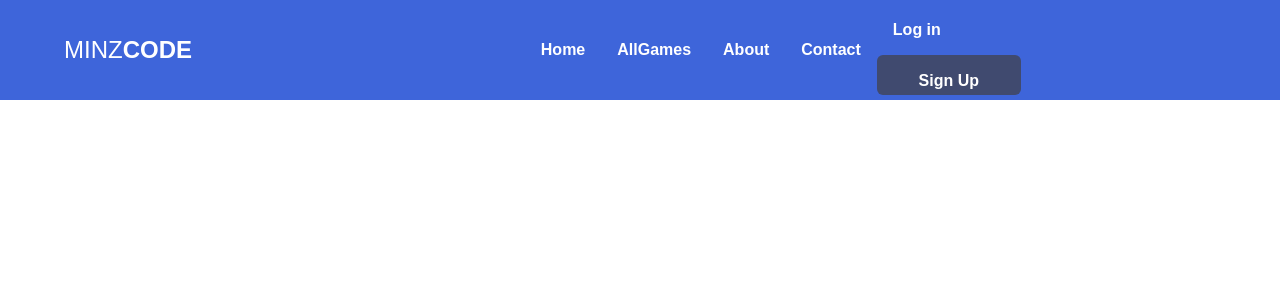
Repository: Fariaddd/New-CA-
Page: index.html
These files come from the project's save history. The page is drawn as it stood at one moment and after the next save; the edit follows.
The browser window is 1280 px wide. The pictures show the whole page.

Above is the page before, as saved 2021-11-14 03:01:49.

### index.html
<!DOCTYPE html>
<html lang="en">
  <head>
    <meta charset="UTF-8" />
    <meta http-equiv="X-UA-Compatible" content="IE=edge" />
    <meta name="viewport" content="width=device-width, initial-scale=1.0" />
    <title>Homepage</title>
    <link rel="stylesheet" href="./css/styles.css" />
  </head>
  <body>
    <header>
    </div>
      <nav>
        <input id="nav-toggle" type="checkbox" />
        <div class="logo">MINZ<strong>CODE</strong></div>
        <ul class="links">
          <li><a href="index.html">Home</a></li>
          <li><a href="allgames.html">AllGames</a></li>
          <li><a href="about.html">About</a></li>
          <li><a href="contact.html">Contact</a></li>
          <div>
            <a href="./login.html" class="linkss">Log in</a>
            <button class="button button-signup">
              <a href="./signup.html" class="links">Sign Up</a>
            </button>
          </div>
        </div>
        </ul>
        <label for="nav-toggle" class="icon-burger">
          <div class="line"></div>
          <div class="line"></div>
          <div class="line"></div>
        </label>
      </nav>
    </header>
  </body>
</html>

### css/styles.css
body {
  padding: 0;
  margin: 0;
}
.container {
  position: relative;
  margin-top: 100px;
}
.container img {
  display: block;
  width: 100%;
}

nav {
  position: fixed;
  z-index: 10;
  left: 0;
  right: 0;
  top: 0;
  font-family: "Montserrat", sans-serif;
  padding: 0 5%;
  height: 100px;
  background-color: #3e65da;
}

.button {
  background-color: var(--button-links-color);
  color: white;
  border-radius: 6px;
  border: none;
  height: 40px;
  font-size: 1em;
  cursor: pointer;
}

nav .button button-signup {
  padding: 50px;
}

:root {
  --button-links-color: #404a6f;
  --upload-link-color: #4a7373;
}

button {
  width: 100%;
}

.search-desktop {
  list-style: none;
}

.login-signup,
.logo-desktop {
  display: none;
}

.linkss {
  font-weight: 700;
  text-decoration: none;
  color: var(--button-links-color);
}

nav .logo {
  float: left;
  width: 40%;
  height: 100%;
  display: flex;
  align-items: center;
  font-size: 24px;
  color: #fff;
}
nav .links {
  float: center;
  padding: 0;
  margin: 0;
  width: 100px;
  height: 100%;
  display: flex;
  justify-content: space-around;
  align-items: center;
}
nav .links li {
  list-style: none;
}
nav .links a {
  display: block;
  padding: 1em;
  font-size: 16px;
  font-weight: bold;
  color: #fff;
  text-decoration: none;
}
#nav-toggle {
  position: absolute;
  top: -100px;
}
nav .icon-burger {
  display: none;
  position: absolute;
  right: 5%;
  top: 50%;
  transform: translateY(-50%);
}
nav .icon-burger .line {
  width: 30px;
  height: 5px;
  background-color: #fff;
  margin: 5px;
  border-radius: 3px;
  transition: all 0.3s ease-in-out;
}
@media screen and (max-width: 768px) {
  nav .logo {
    float: none;
    width: auto;
    justify-content: center;
  }

  .button-signup {
    width: 100px;
    height: 40px;
  }
  nav .links {
    float: none;
    position: fixed;
    z-index: 9;
    left: 0;
    right: 0;
    top: 100px;
    bottom: 100%;
    width: auto;
    height: auto;
    flex-direction: column;
    justify-content: space-evenly;
    background-color: rgba(0, 0, 0, 0.8);
    overflow: hidden;
    box-sizing: border-box;
    transition: all 0.5s ease-in-out;
  }
  nav .links a {
    font-size: 20px;
  }
  nav :checked ~ .links {
    bottom: 0;
  }
  nav .icon-burger {
    display: block;
  }
  nav :checked ~ .icon-burger .line:nth-child(1) {
    transform: translateY(10px) rotate(225deg);
  }
  nav :checked ~ .icon-burger .line:nth-child(3) {
    transform: translateY(-10px) rotate(-225deg);
  }
  nav :checked ~ .icon-burger .line:nth-child(2) {
    opacity: 0;
  }
}

After the next save:
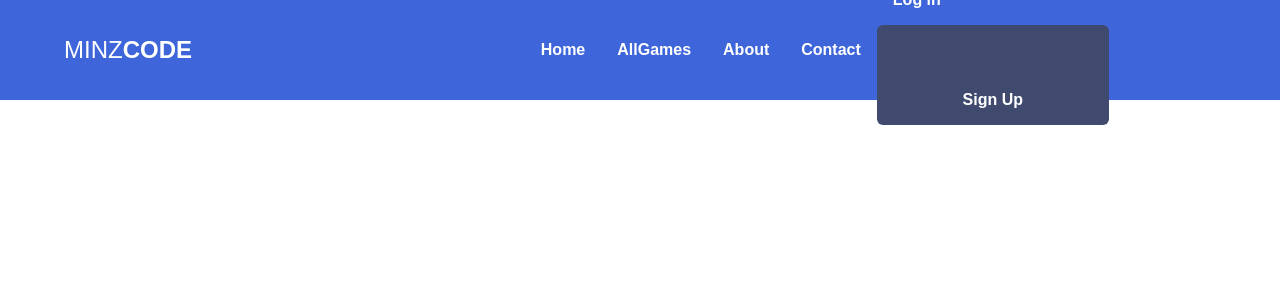
Saved 11 s later.
--- a/css/styles.css
+++ b/css/styles.css
@@ -33,7 +33,7 @@
   cursor: pointer;
 }
 
-nav .button button-signup {
+nav .button {
   padding: 50px;
 }
 

After the save that followed:
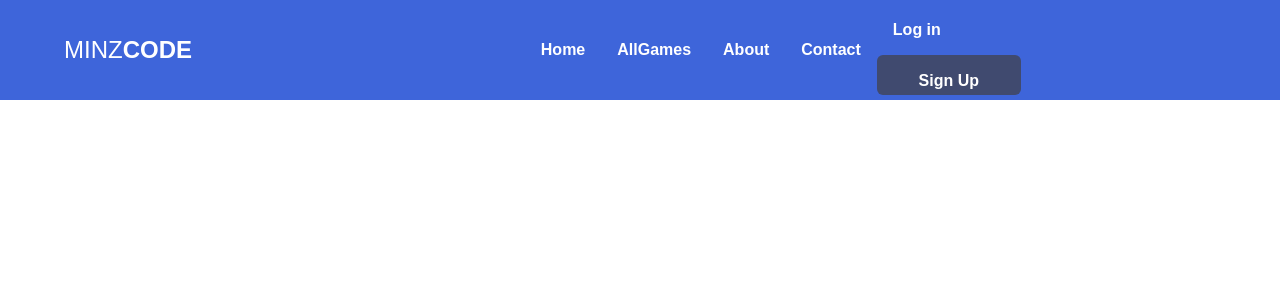
Saved 6 s later.
--- a/css/styles.css
+++ b/css/styles.css
@@ -34,7 +34,6 @@
 }
 
 nav .button {
-  padding: 50px;
 }
 
 :root {
